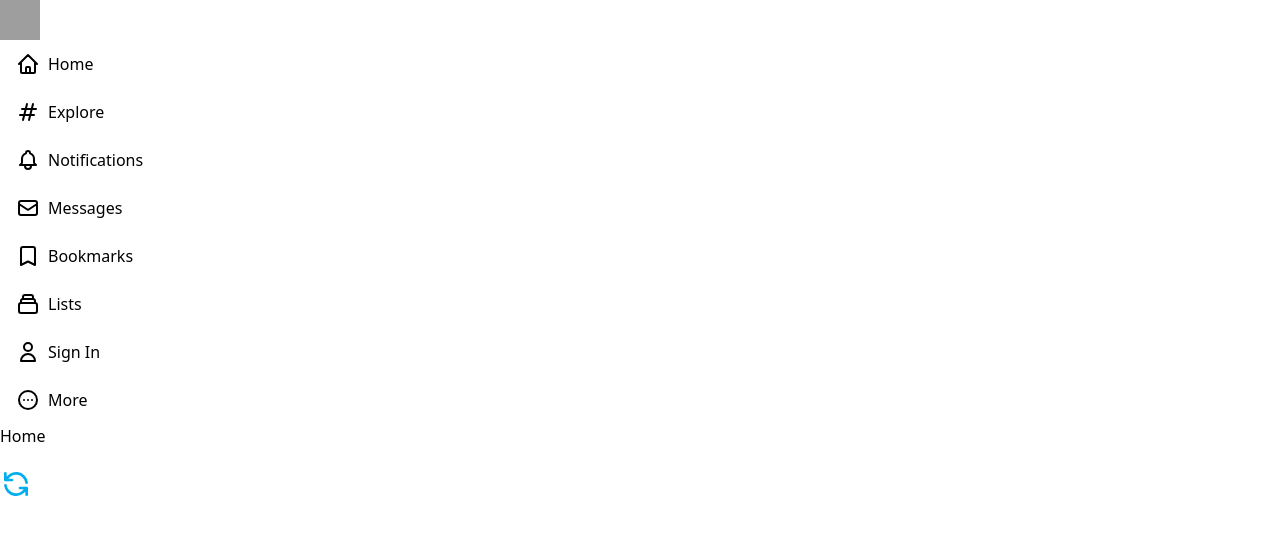
Repository: pabx12/twitter-clone
Page: /
These files come from the project's save history. The page is drawn as it stood at one moment and after the next save; the edit follows.
The browser window is 1280 px wide. The pictures show the whole page.
Pictures or frames that could not be fetched are drawn as grey boxes. The project was rebuilt for these pictures with package versions that can differ from the ones it lists, and the page was loaded fresh each time. The framework's server and built-in components were replaced by stand-ins that run in the browser. Also part of the build but not shown: next.config.js.

Above is the page before, as saved 2022-05-06 22:43:45.

### pages/index.tsx
import type { NextPage } from 'next'
import Head from 'next/head'
import Image from 'next/image'
import Feed from '../components/Feed'
import Sidebar from '../components/Sidebar'

const Home: NextPage = () => {
  return (
    <div className="">
      <Head>
        <title>Twitter</title>
        <link rel="icon" href="/favicon.ico" />
      </Head>
      <main>
        <Sidebar/>
        <Feed/>
      </main>


    </div>
  )
}

export default Home

### components/Feed.tsx
import { RefreshIcon } from '@heroicons/react/outline'
import React from 'react'

function Feed() {
  return (
    <div>
        <div>
            <h1>Home</h1>
            <RefreshIcon className='mr-5  mt-5 w-8 cursor-pointer text-twitter transition-all duration-500 ease-out hover:rotate-90 active:scale-125'/>
        </div>
    </div>
  )
}

export default Feed

### components/Sidebar.tsx
import React from 'react'
import SidebarRow from './SidebarRow'
import {
    BellIcon,
    HashtagIcon,
    HomeIcon,
    BookmarkIcon,
    CollectionIcon,
    DotsCircleHorizontalIcon,
    MailIcon,
    UserIcon
} from '@heroicons/react/outline'

function Sidebar() {
  return (
    <div className='flex flex-col'>
        <img className='w-10 h-10' src="https://cdn.pixabay.com/photo/2018/06/22/19/03/logo-3491390_960_720.png" alt="Twitter" />
        <SidebarRow Icon={HomeIcon} name="Home" />
        <SidebarRow Icon={HashtagIcon} name="Explore" />
        <SidebarRow Icon={BellIcon} name="Notifications" />
        <SidebarRow Icon={MailIcon} name="Messages" />
        <SidebarRow Icon={BookmarkIcon} name="Bookmarks" />
        <SidebarRow Icon={CollectionIcon} name="Lists" />
        <SidebarRow Icon={UserIcon} name="Sign In" />
        <SidebarRow Icon={DotsCircleHorizontalIcon} name="More" />
    </div>
  )
}

export default Sidebar

### components/SidebarRow.tsx
import React, { SVGProps } from 'react'

interface props {
    Icon: (props:SVGProps<SVGSVGElement> ) => JSX.Element
    name : string
}
function SidebarRow({Icon, name}: props) {
  return (
    <div className='flex max-w-fit items-center space-x-2 px-4 py-3 rounded-full group hover:bg-gray-100 cursor-pointer  transition-all duration-200'>
        <Icon className="h-6 w-6" />
        <p className='group-hover:text-twitter'>{name}</p>
    </div>
  )
}

export default SidebarRow

### tailwind.config.js
module.exports = {
  content: [
    './pages/**/*.{js,ts,jsx,tsx}',
    './components/**/*.{js,ts,jsx,tsx}',
  ],
  theme: {
    extend: {
      colors:{
        twitter : '#00ADED',
      }
    },
  },
  plugins: [],
}

Loaded but not shown: pages/_app.tsx (common file); styles/globals.css (common file)

After the next save:
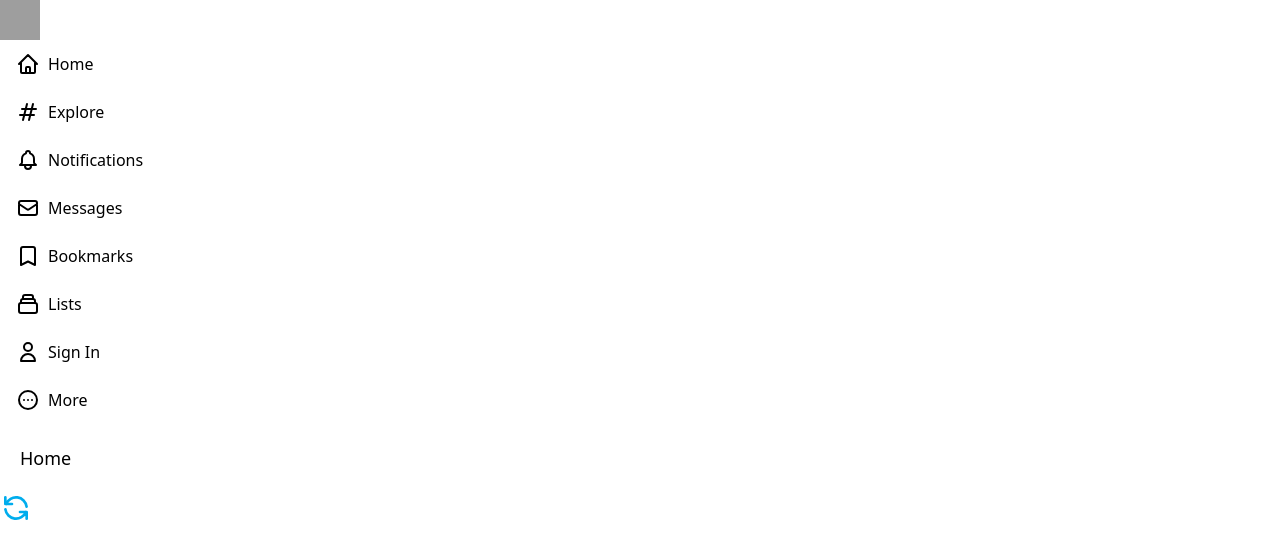
Saved 37 s later.
--- a/components/Feed.tsx
+++ b/components/Feed.tsx
@@ -5,7 +5,7 @@ function Feed() {
   return (
     <div>
         <div>
-            <h1>Home</h1>
+            <h1 className='p-5 pb-0 text-lg'>Home</h1>
             <RefreshIcon className='mr-5  mt-5 w-8 cursor-pointer text-twitter transition-all duration-500 ease-out hover:rotate-90 active:scale-125'/>
         </div>
     </div>
